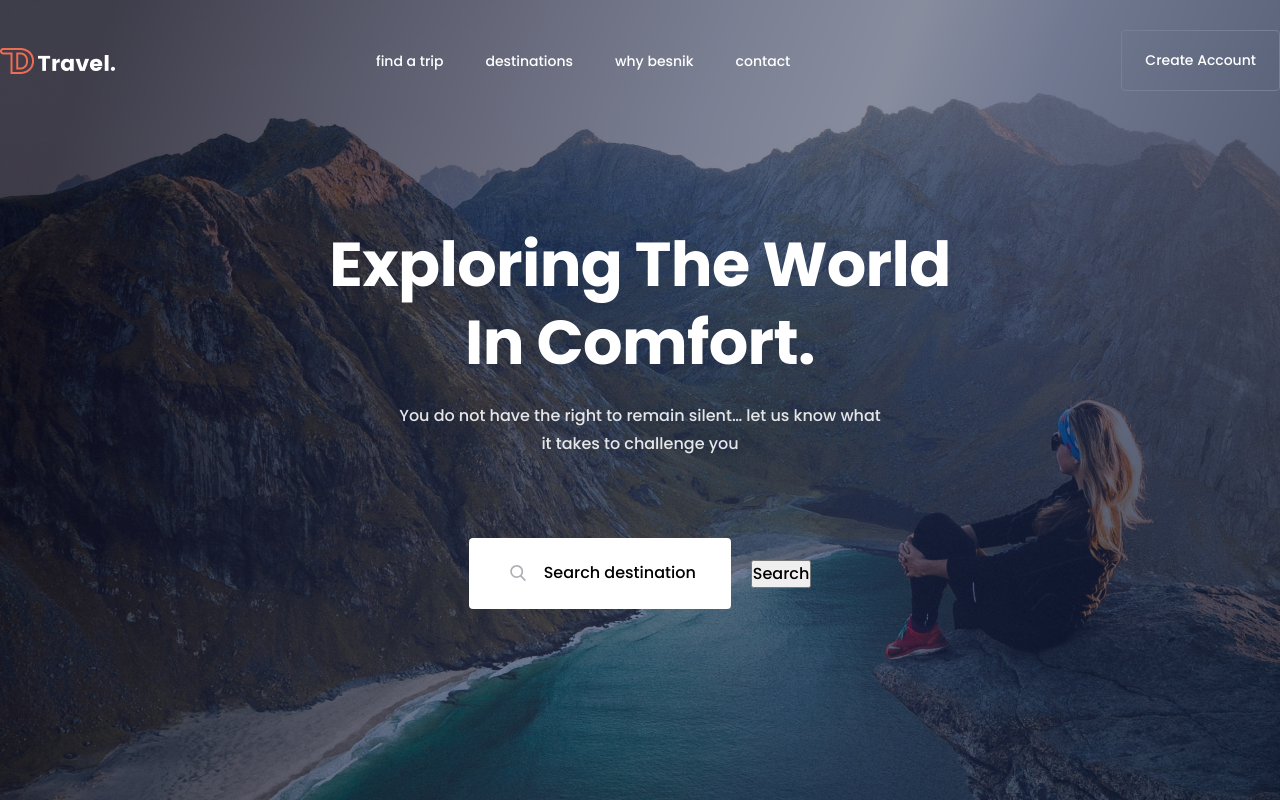
Repository: hoang0508/LandingPage-CodeTravel2
Page: index.html
The author's editor kept a copy of each file at every save. The page is drawn from the files as they stood at one save, then again after the next save.
The browser window is 1280 px wide. The pictures show the whole page.
The style sheet was rebuilt from its Sass, Less or Tailwind sources for each picture, by a compiler version that may differ from the author's.

Above is the page before, as saved 2022-09-15 16:49:57.

After the next save:
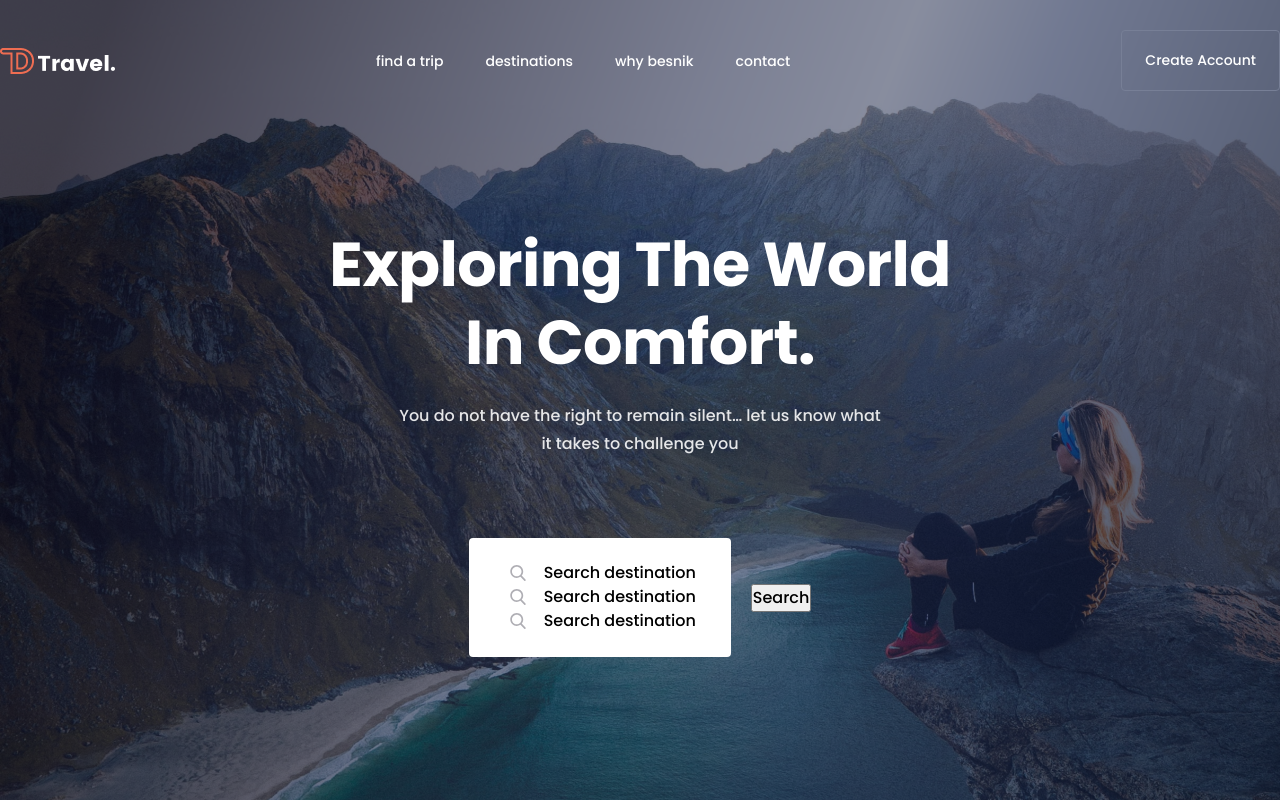
Saved 42 s later.
--- a/index.html
+++ b/index.html
@@ -54,6 +54,18 @@
                     </div>
                     <span class="form-down--text">Search destination</span>
                   </div>
+                  <div class="form-down--col">
+                    <div class="form-down--icon">
+                      <img src="./images/icon-search.svg" alt="" />
+                    </div>
+                    <span class="form-down--text">Search destination</span>
+                  </div>
+                  <div class="form-down--col">
+                    <div class="form-down--icon">
+                      <img src="./images/icon-search.svg" alt="" />
+                    </div>
+                    <span class="form-down--text">Search destination</span>
+                  </div>
                 </div>
               </div>
               <button>Search</button>
